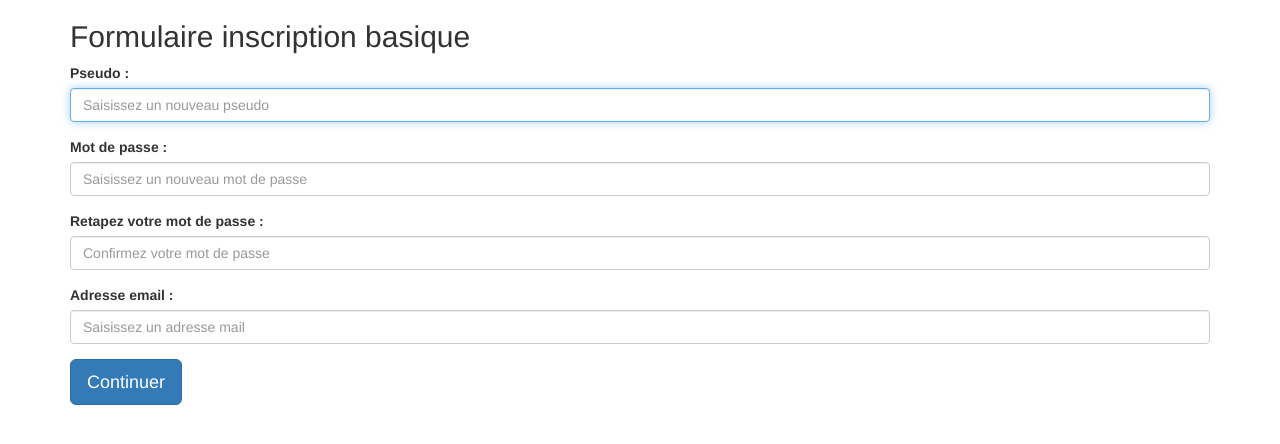
Repository: lemzoo/formation_Java8
Page: EspaceMembre/srcHTML/formulaireInscriptionBasique.html
These files come from the project's save history. The page is drawn as it stood at one moment and after the next save; the edit follows.
The browser window is 1280 px wide. The pictures show the whole page.

Above is the page before, as saved 2016-06-10 10:45:06.

### EspaceMembre/srcHTML/formulaireInscriptionBasique.html
<!DOCTYPE html>
<html lang="en">
<head>
  <title>Formulaire Inscription</title>
  <meta charset="utf-8">
  <meta name="viewport" content="width=device-width, initial-scale=1">
  <link rel="stylesheet" href="http://maxcdn.bootstrapcdn.com/bootstrap/3.3.6/css/bootstrap.min.css">
  <script src="https://ajax.googleapis.com/ajax/libs/jquery/1.12.2/jquery.min.js"></script>
  <script src="http://maxcdn.bootstrapcdn.com/bootstrap/3.3.6/js/bootstrap.min.js"></script>
</head>
<body>

<div class="container">
  <h2>Formulaire inscription basique</h2>
  <form role="form" method="POST" action="../srcPHP/ajouterMembre.php">
    <div class="form-group">
      <label for="pseudoSaisi">Pseudo :</label>
      <input type="text" class="form-control" name="pseudoSaisi" placeholder="Saisissez un nouveau pseudo" required="required" autofocus="autofocus">
    </div>

    <div class="form-group">
      <label for="passwordSaisi1">Mot de passe :</label>
      <input type="password" class="form-control" name="passwordSaisi1" placeholder="Saisissez un nouveau mot de passe" required="required" autofocus="autofocus">
    </div>

    <div class="form-group">
      <label for="passwordSaisi2">Retapez votre mot de passe :</label>
      <input type="password" class="form-control" name="passwordSaisi2" placeholder="Confirmez votre mot de passe" required="required" autofocus="autofocus">
    </div>

    <div class="form-group">
      <label for="emailSaisi">Adresse email :</label>
      <input type="email" class="form-control" name="emailSaisi" placeholder="Saisissez un adresse mail" required="required" autofocus="autofocus">
    </div>

    <button type="submit" class="btn btn-lg btn-primary">Continuer</button>
  </form>
</div>

</body>
</html>

After the next save:
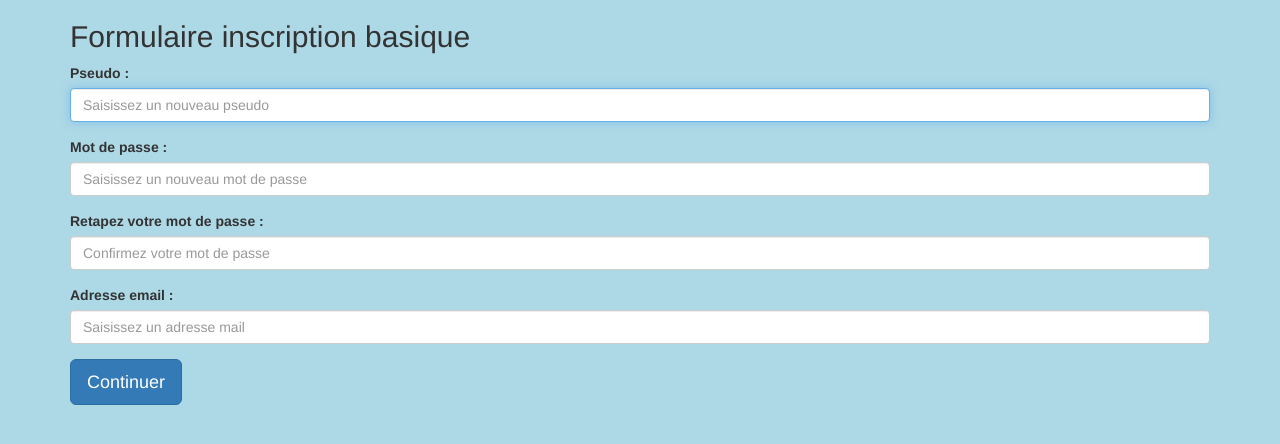
Saved 61 s later.
--- a/EspaceMembre/srcHTML/formulaireInscriptionBasique.html
+++ b/EspaceMembre/srcHTML/formulaireInscriptionBasique.html
@@ -7,6 +7,12 @@
   <link rel="stylesheet" href="http://maxcdn.bootstrapcdn.com/bootstrap/3.3.6/css/bootstrap.min.css">
   <script src="https://ajax.googleapis.com/ajax/libs/jquery/1.12.2/jquery.min.js"></script>
   <script src="http://maxcdn.bootstrapcdn.com/bootstrap/3.3.6/js/bootstrap.min.js"></script>
+
+  <style type="text/css">
+  	body{
+  		background:lightblue;
+  	}
+  </style>
 </head>
 <body>
 

After the save that followed:
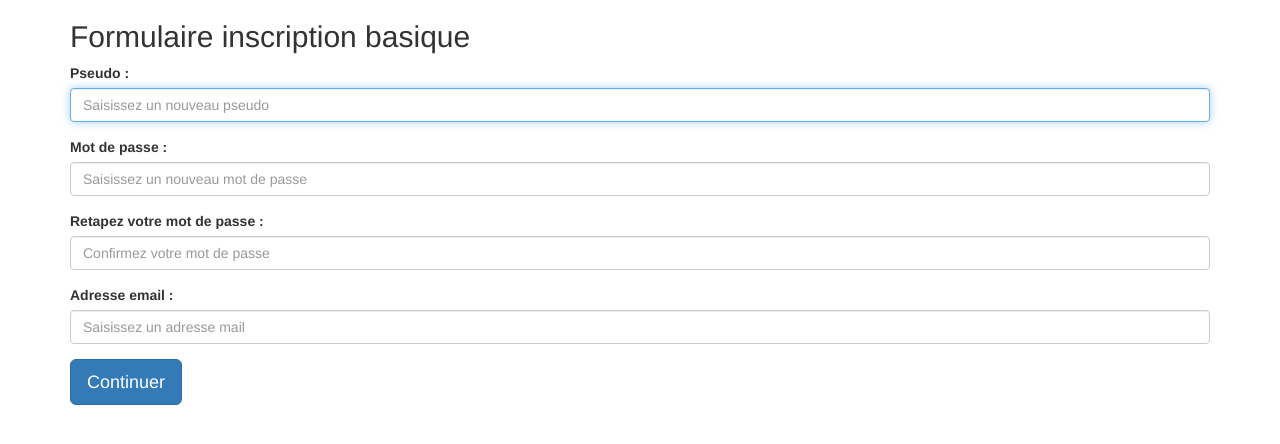
Saved 7 s later.
--- a/EspaceMembre/srcHTML/formulaireInscriptionBasique.html
+++ b/EspaceMembre/srcHTML/formulaireInscriptionBasique.html
@@ -10,7 +10,7 @@
 
   <style type="text/css">
   	body{
-  		background:lightblue;
+  		gray;
   	}
   </style>
 </head>
